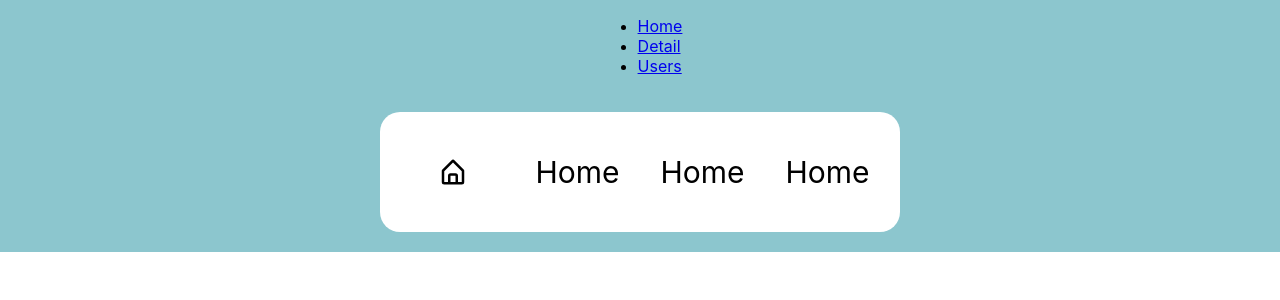
Repository: lethinh2003/pokemon_reactjs
Page: /
These files come from the project's save history. The page is drawn as it stood at one moment and after the next save; the edit follows.
The browser window is 1280 px wide. The pictures show the whole page.
The page's requests for data from a server got no answer. The project was rebuilt for these pictures with package versions that can differ from the ones it lists, and the page was loaded fresh each time. A package was used in the major version that the imports need, not the one package.json lists. No one was signed in, and anything a server would have sent is missing. Also part of the build but not shown: src/App.css, src/view/Pokemon.scss, src/styles/pokemonDetail.scss, src/view/PokemonDetail.jsx.

Above is the page before, as saved 2021-11-28 11:14:48.

### public/index.html
<!DOCTYPE html>
<html lang="en">
  <head>
    <meta charset="utf-8" />
    <link rel="icon" href="%PUBLIC_URL%/favicon.ico" />
    <meta name="viewport" content="width=device-width, initial-scale=1" />
    <meta name="theme-color" content="#000000" />
    <meta
      name="description"
      content="Web site created using create-react-app"
    />
    <link rel="apple-touch-icon" href="%PUBLIC_URL%/logo192.png" />


    <!--
      manifest.json provides metadata used when your web app is installed on a
      user's mobile device or desktop. See https://developers.google.com/web/fundamentals/web-app-manifest/
    -->
    <link rel="manifest" href="%PUBLIC_URL%/manifest.json" />
    <!--
      Notice the use of %PUBLIC_URL% in the tags above.
      It will be replaced with the URL of the `public` folder during the build.
      Only files inside the `public` folder can be referenced from the HTML.

      Unlike "/favicon.ico" or "favicon.ico", "%PUBLIC_URL%/favicon.ico" will
      work correctly both with client-side routing and a non-root public URL.
      Learn how to configure a non-root public URL by running `npm run build`.
    -->
    <title>React App</title>
  </head>
  <body>
    <noscript>You need to enable JavaScript to run this app.</noscript>
    <div id="root"></div>
    <!--
      This HTML file is a template.
      If you open it directly in the browser, you will see an empty page.

      You can add webfonts, meta tags, or analytics to this file.
      The build step will place the bundled scripts into the <body> tag.

      To begin the development, run `npm start` or `yarn start`.
      To create a production bundle, use `npm run build` or `yarn build`.
    -->
  </body>
</html>

### src/App.js
import logo from './logo.svg';
import './App.css';
import './styles/body.scss';
import Pokemon from './view/Pokemon';
import PokemonDetail from './view/PokemonDetail';
import Nav from './view/Nav';
import {
  BrowserRouter as Router,
  Switch,
  Route,
  Link
} from "react-router-dom";


function App() {
  return (
    <>

        <div className="container">

        <Router>
        <div>
        <nav>
          <ul>
            <li>
              <Link to="/">Home</Link>
            </li>
            <li>
              <Link to="/detail">Detail</Link>
            </li>
            <li>
              <Link to="/users">Users</Link>
            </li>
          </ul>
        </nav>
        </div>
        <Switch>
          <Route path="/" exact>
            <Nav />
            <Pokemon />
          </Route>

          <Route path="/detail/:id" exact>
          <PokemonDetail />

          </Route>
          <Route path="/">

          </Route>
        </Switch>
        </Router>

        </div>
    </>
  );
}

export default App;

### src/styles/body.scss
.container {
  background-color: rgba(29, 143, 158, 0.507);
  display: flex;
  justify-content: center;
  align-items: center;
  flex-direction: column;
}

.card-body {
  display: flex;
  gap: 20px;
  justify-content: center;
  flex-wrap: wrap;
  position: relative;
}

@media (max-width: 735px) {
  .card-body {
  }
}
.card-item {
  width: 260px;
  height: 350px;
  background-color: rgb(75, 72, 72);
  border-radius: 20px;
  margin-left: 20px;
  position: relative;
  box-shadow: 2px 2px 8px 2px #5e5353;
  background-image: linear-gradient(45deg, #d90e0e, #2016dfcf);
  &:nth-child(2n + 1) {
    background-image: linear-gradient(90deg, #d90e0e, #2016dfcf);
  }

  &__body {
    align-items: center;
    position: absolute;
    background-color: #fff;
    width: 230px;
    height: 325px;
    left: 50%;
    top: 50%;
    transform: translate(-50%, -50%);
    display: flex;
    flex-direction: column;
  }
  &__img {
    height: 255px;
    border-bottom: 2px solid black;
    width: 100%;
    & img {
      width: 100%;
      height: 100%;
      object-fit: contain;
    }
  }
  &__info {
    height: 50px;
    display: flex;
    flex-direction: column;
    align-items: center;
  }
  &__name {
    color: black;
    font-weight: bold;
    text-transform: capitalize;
  }
  &__type {
    font-size: 15px;
    color: white;
    gap: 10px;
    text-transform: capitalize;
    display: flex;
    justify-content: center;
    align-items: center;
  }
  & .type-btn {
    width: 67px;
    height: 16px;
    display: flex;
    justify-content: center;
    align-items: center;
  }
}

.detail {
  background-color: #c5ee0d;
  cursor: pointer;
  color: rgb(66, 46, 46);
  padding: 2px;
  font-weight: bold;
  border-radius: 5px;
}
.pokemon-search {
  margin: 20px;
  color: black;
}
.pokemon-more {
  position: absolute;
  bottom: 0;

  left: 50%;
  transform: translateX(-50%);
  margin: 20px 0;
  background-image: linear-gradient(
    to right,
    rgb(65, 56, 195),
    rgb(46, 6, 226)
  );
  display: flex;
  justify-content: center;
  align-items: center;
  width: 200px;
  height: 50px;
  border-radius: 10px;
  cursor: pointer;
}

### src/view/Pokemon.jsx
import axios from 'axios';
import useFetch from '../custom/useFetch';
import './Pokemon.scss';
import { useState, useEffect, useImperativeHandle } from 'react';
import PokemonDetail from './PokemonDetail';
import 'aos/dist/aos.css';
import {Link} from "react-router-dom";
import Aos from 'aos';
const  Pokemon = () => {
    let { data, isLoading } =  useFetch(`https://pokeapi.co/api/v2/pokemon?limit=100`);
    let currentData =  data.results;

    useEffect(() => {
        Aos.init({
            offset: 80,
            duration: 400,
            easing: 'ease-in-sine',
            delay: 50,
        });

      }, []);

    return(
        <>

        {isLoading === true &&

            <div class="lds-ellipsis"><div></div><div></div><div></div><div></div></div>


            }
            <div className="card-body">

        {isLoading === false && currentData && currentData.length > 0 && currentData.map((item, index) => {
            return(
                <div className="card-item" data-aos="fade-up">
        <div className="card-item__body">
        <div className="card-item__img"><img alt="pokemon" src={`https://img.pokemondb.net/artwork/large/${item.name}.jpg`}/></div>
        <div className="card-item__info">
        <div className="card-item__name">{item.name}</div>
        <div className="card-item__type">
        <Link to={"/detail/" + parseInt(index+1)}><div className="type-btn detail"><span className="desc-type">Detail</span></div></Link>



            {/* <div className="type-btn gass"><span className="desc-type">Gass</span></div>
            <div className="type-btn gass"><span className="desc-type">Gass</span></div> */}



        </div>
        </div>
        </div>

        </div>

            )


        })}

        </div>

        </>


    )


}
export default Pokemon;

### src/view/Nav.jsx
import '../styles/nav.scss';
import { BiHomeAlt } from "react-icons/bi";
const Nav = () => {
    return(
        <>
        <div className="navigation">
            <div className="home"><BiHomeAlt /></div>
            <div className="home">Home</div>
            <div className="home">Home</div>
            <div className="home">Home</div>
        </div>
        </>
    )

}
export default Nav;

### src/custom/useFetch.js
import { useEffect, useState } from "react";
import axios from "axios";
const useFetch = (url) => {
    const [data, setData] = useState([]);
    const [isLoading, setIsLoading] = useState(true);

    useEffect(() => {
        const ourRequest = axios.CancelToken.source() // <-- 1st step

            async function fetchData() {
                try {
                let res = await axios.get(url, {
                    cancelToken: ourRequest.token, // <-- 2nd step
                  })
                let data = (res && res.data) ? res.data : [];
                if (data && data.length > 0) {
                    data.map(item => {

                        return item;
                    })

                }
                setData(data);
                setIsLoading(false);
            }
            catch (err) {
                if (axios.isCancel(err)) {
                    console.log('Request canceled', err.message);
                } else {
                    // handle error
                    setIsLoading(false);
                  }
            }



        }
        fetchData();
        return () => {
            ourRequest.cancel('This is message error!') // <-- 3rd step
          }

    }
    , []);

    return {
        data, isLoading
    }

}

export default useFetch;

### src/styles/nav.scss
.navigation {
  background-color: white;
  height: 100px;
  width: 500px;
  border-radius: 20px;
  margin: 20px;
  padding: 10px;
  display: flex;
  align-items: center;
  justify-content: space-around;
  & .home {
    display: flex;
    justify-content: center;
    align-items: center;
    width: 100px;
    height: 100px;
    font-size: 30px;
    border-radius: 10px;
  }
}

Loaded but not shown: src/index.js (common file); src/index.css (common file); src/reportWebVitals.js (common file)

After the next save:
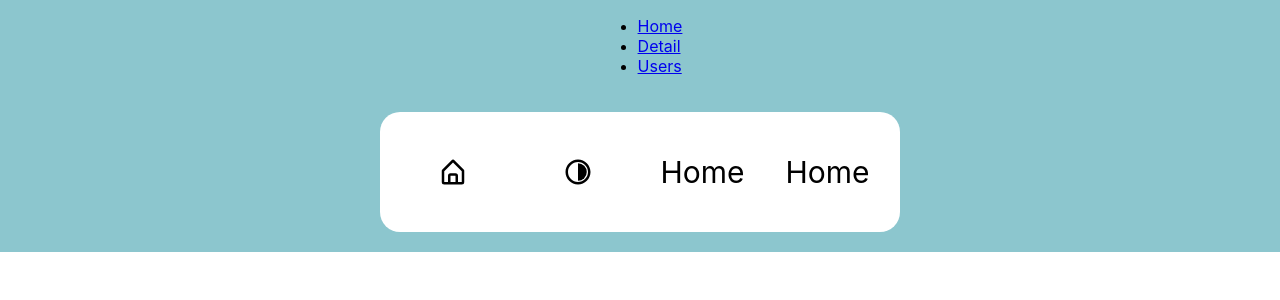
Saved 64 s later.
--- a/src/view/Nav.jsx
+++ b/src/view/Nav.jsx
@@ -1,11 +1,11 @@
 import '../styles/nav.scss';
-import { BiHomeAlt } from "react-icons/bi";
+import { BiHomeAlt, BiAdjust } from "react-icons/bi";
 const Nav = () => {
     return(
         <>
         <div className="navigation">
             <div className="home"><BiHomeAlt /></div>
-            <div className="home">Home</div>
+            <div className="home"><BiAdjust /></div>
             <div className="home">Home</div>
             <div className="home">Home</div>
         </div>
